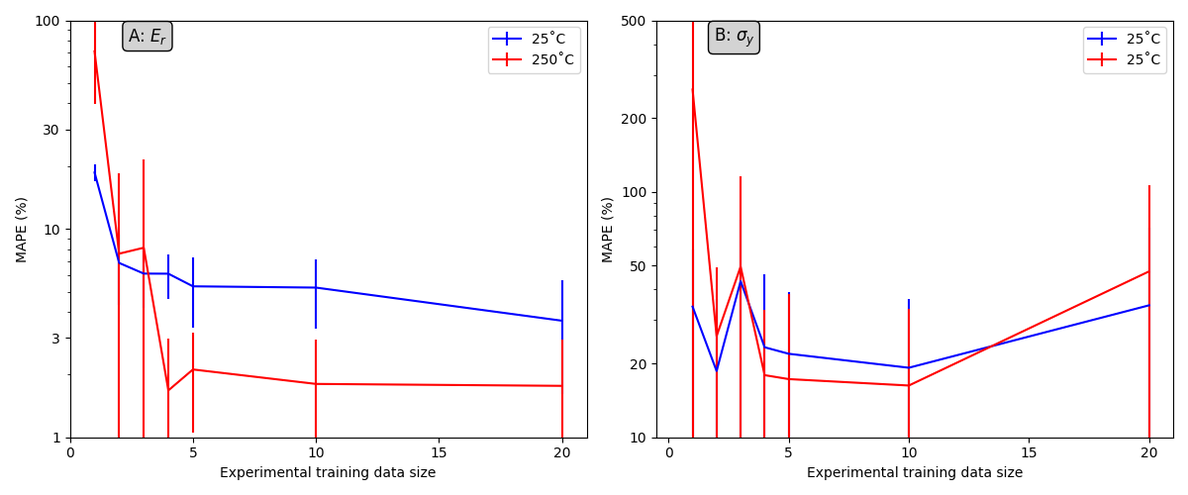
Repository: JoeSpencer1/temperature-dependant
Script's output: python src/figures.py
The author's editor kept a copy of each file at every save. The script's output is drawn from the files as they stood at one save, then again after the next save.
The pictures are shown at 99% of full size.
Each picture stacks the figures in order, with grey between them; figures that are only written to a file come last. Random numbers start from a fixed seed.

Above is the script's output before, as saved 2023-10-29 11:50:01.

### src/figures.py
import numpy as np
import matplotlib.pyplot as plt

n = [1, 2, 3, 4, 5, 10, 20]
n1 = n
# 25˚C
Ti25E = [18.619205, 6.8593493, 6.0983825, 6.091887, 5.298505, 5.2244196, 3.6239312]
εTi25E = [1.6743975, 2.5646875, 1.9379541, 1.4813129, 1.9537387, 1.9212662, 2.01604]
Ti25σ = [34.068943, 18.617916, 43.272, 23.271488, 21.895184, 19.204937, 34.49958]
εTi25σ = [24.325975, 18.127224, 33.714092, 22.803173, 17.10482, 17.321714, 36.6192]
# 250˚C
Ti250E = [70.95709, 7.5985556, 8.114405, 1.6784289, 2.1151547, 1.8030748, 1.7651669]
εTi250E = [31.052818, 10.786752, 13.492649, 1.3040054, 1.0622171, 1.1414853, 1.182222]
Ti250σ = [261.21823, 25.825928, 49.60928, 17.916042, 17.266216, 16.254345, 47.430775]
εTi250σ = [270.2345, 23.495884, 65.91791, 15.266485, 21.114838, 16.953184, 59.20635]

fig, (ax1, ax2) = plt.subplots(1, 2, figsize=(12, 5))
ax1.errorbar(n, Ti25E, yerr = εTi25E, color = 'blue', label = "25˚C")
ax1.errorbar(n, Ti250E, yerr = εTi250E, color = 'red', label = "250˚C")
ax1.set_yscale('log')
ax1.set_ylim([1, 100])
ax1.set_xlim([0, 21])
ax1.set_xticks([0, 5, 10, 15, 20])
ax1.set_yticks([1, 3, 10, 30, 100])
ax1.set_yticklabels([1, 3, 10, 30, 100])
ax1.legend()
ax1.set_ylabel("MAPE (%)")
ax1.set_xlabel("Experimental training data size")
ax1.annotate("A: $E_{r}$", xy=(0.15, 0.95), xycoords="axes fraction",
              fontsize=12, ha="center",
              bbox=dict(boxstyle="round,pad=0.3", edgecolor="black", facecolor="lightgray"))

ax2.errorbar(n1, Ti25σ, yerr = εTi25σ, color = 'blue', label = "25˚C")
ax2.errorbar(n1, Ti250σ, yerr = εTi250σ, color = 'red', label = "25˚C")
ax2.set_yscale('log')
ax2.set_ylim([10, 500])
ax2.set_xlim([-0.5, 21])
ax2.set_xticks([0, 5, 10, 15, 20])
ax2.set_yticks([10, 20, 50, 100, 200, 500])
ax2.set_yticklabels([10, 20, 50, 100, 200, 500])
ax2.legend()
ax2.set_ylabel("MAPE (%)")
ax2.set_xlabel("Experimental training data size")
plt.subplots_adjust(bottom=0.180)
fig.tight_layout()
ax2.annotate("B: $\sigma_{y}$", xy=(0.15, 0.95), xycoords="axes fraction",
              fontsize=12, ha="center",
              bbox=dict(boxstyle="round,pad=0.3", edgecolor="black", facecolor="lightgray"))
plt.savefig("/Users/Joe/Desktop/figure1.jpeg", dpi=800, bbox_inches="tight")
plt.show()

After the next save:
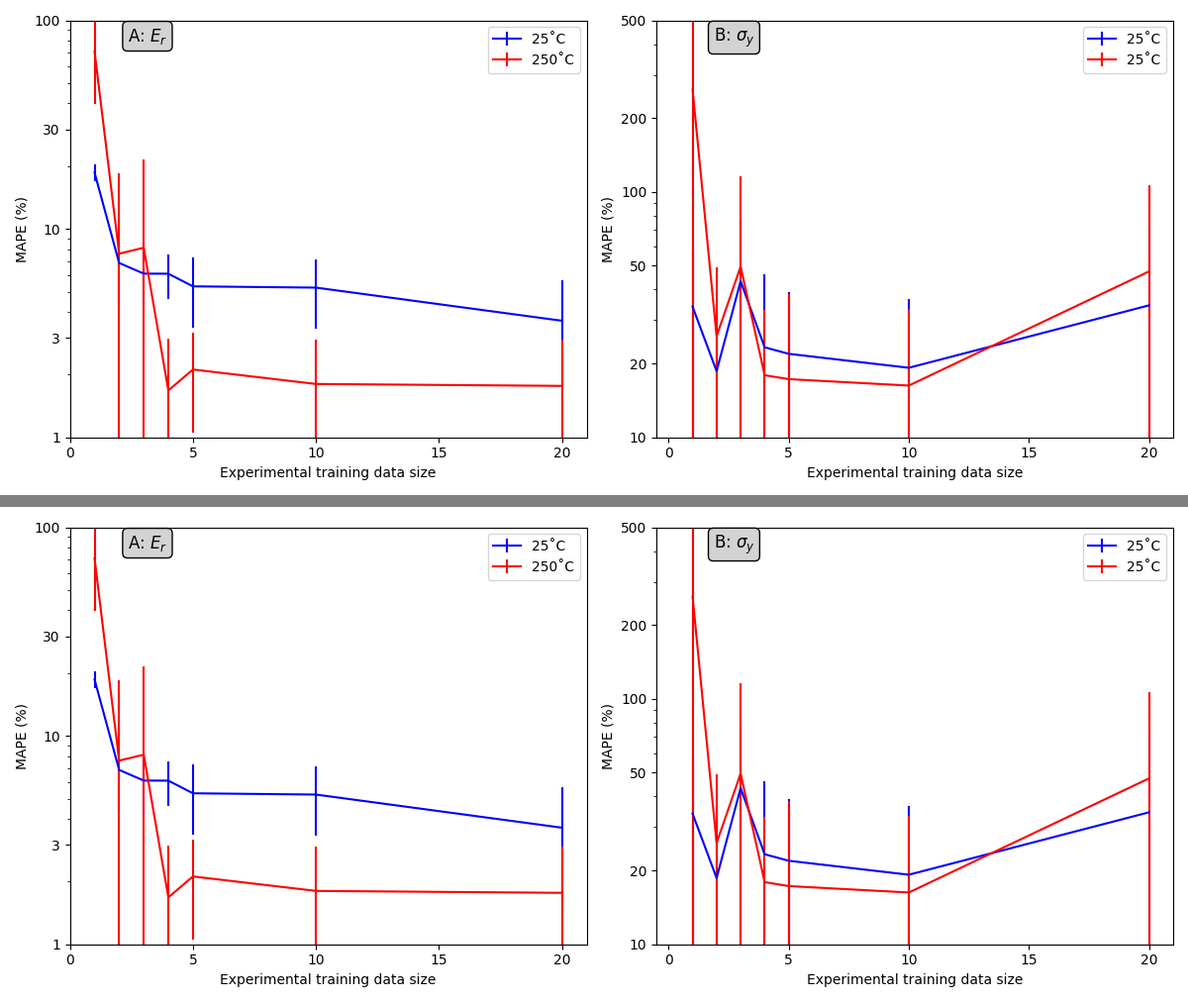
Saved 91 s later.
--- a/src/figures.py
+++ b/src/figures.py
@@ -48,3 +48,52 @@ ax2.annotate("B: $\sigma_{y}$", xy=(0.15, 0.95), xycoords="axes fraction",
               bbox=dict(boxstyle="round,pad=0.3", edgecolor="black", facecolor="lightgray"))
 plt.savefig("/Users/Joe/Desktop/figure1.jpeg", dpi=800, bbox_inches="tight")
 plt.show()
+
+
+n = [1, 2, 3, 4, 5, 10, 20]
+n1 = n
+# 25˚C
+Ti25E = [18.619205, 6.8593493, 6.0983825, 6.091887, 5.298505, 5.2244196, 3.6239312]
+εTi25E = [1.6743975, 2.5646875, 1.9379541, 1.4813129, 1.9537387, 1.9212662, 2.01604]
+Ti25σ = [34.068943, 18.617916, 43.272, 23.271488, 21.895184, 19.204937, 34.49958]
+εTi25σ = [24.325975, 18.127224, 33.714092, 22.803173, 17.10482, 17.321714, 36.6192]
+# 250˚C
+Ti250E = [70.95709, 7.5985556, 8.114405, 1.6784289, 2.1151547, 1.8030748, 1.7651669]
+εTi250E = [31.052818, 10.786752, 13.492649, 1.3040054, 1.0622171, 1.1414853, 1.182222]
+Ti250σ = [261.21823, 25.825928, 49.60928, 17.916042, 17.266216, 16.254345, 47.430775]
+εTi250σ = [270.2345, 23.495884, 65.91791, 15.266485, 21.114838, 16.953184, 59.20635]
+
+fig, (ax1, ax2) = plt.subplots(1, 2, figsize=(12, 5))
+ax1.errorbar(n, Ti25E, yerr = εTi25E, color = 'blue', label = "25˚C")
+ax1.errorbar(n, Ti250E, yerr = εTi250E, color = 'red', label = "250˚C")
+ax1.set_yscale('log')
+ax1.set_ylim([1, 100])
+ax1.set_xlim([0, 21])
+ax1.set_xticks([0, 5, 10, 15, 20])
+ax1.set_yticks([1, 3, 10, 30, 100])
+ax1.set_yticklabels([1, 3, 10, 30, 100])
+ax1.legend()
+ax1.set_ylabel("MAPE (%)")
+ax1.set_xlabel("Experimental training data size")
+ax1.annotate("A: $E_{r}$", xy=(0.15, 0.95), xycoords="axes fraction",
+              fontsize=12, ha="center",
+              bbox=dict(boxstyle="round,pad=0.3", edgecolor="black", facecolor="lightgray"))
+
+ax2.errorbar(n1, Ti25σ, yerr = εTi25σ, color = 'blue', label = "25˚C")
+ax2.errorbar(n1, Ti250σ, yerr = εTi250σ, color = 'red', label = "25˚C")
+ax2.set_yscale('log')
+ax2.set_ylim([10, 500])
+ax2.set_xlim([-0.5, 21])
+ax2.set_xticks([0, 5, 10, 15, 20])
+ax2.set_yticks([10, 20, 50, 100, 200, 500])
+ax2.set_yticklabels([10, 20, 50, 100, 200, 500])
+ax2.legend()
+ax2.set_ylabel("MAPE (%)")
+ax2.set_xlabel("Experimental training data size")
+plt.subplots_adjust(bottom=0.180)
+fig.tight_layout()
+ax2.annotate("B: $\sigma_{y}$", xy=(0.15, 0.95), xycoords="axes fraction",
+              fontsize=12, ha="center",
+              bbox=dict(boxstyle="round,pad=0.3", edgecolor="black", facecolor="lightgray"))
+plt.savefig("/Users/Joe/Desktop/figure1.jpeg", dpi=800, bbox_inches="tight")
+plt.show()

After the 2 saves that followed:
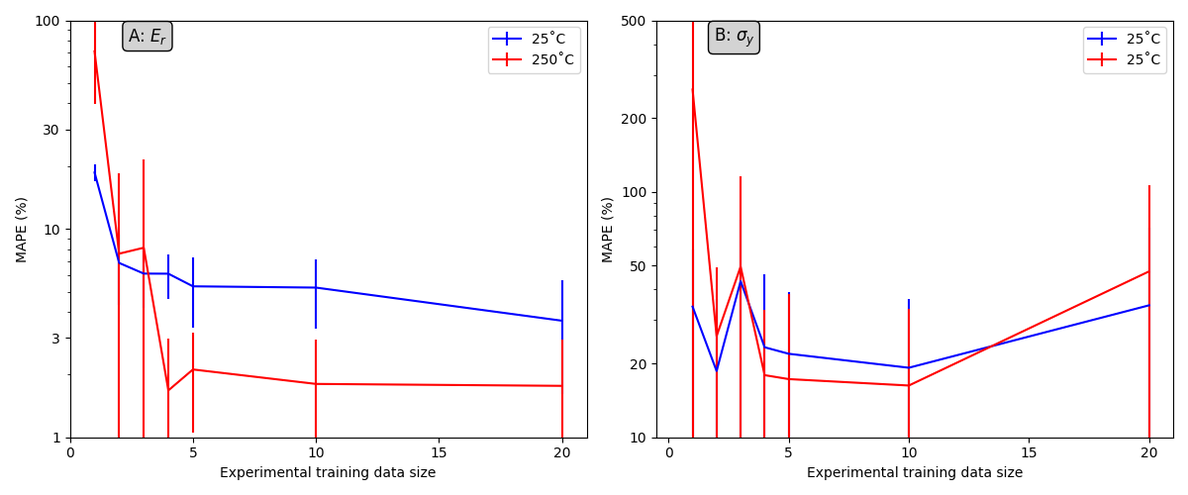
Error (its wording comes from the project's code and is left out).
The 2 saves are shown as one change because 1 left the picture as it was.
The last was saved 108 s later.
--- a/src/figures.py
+++ b/src/figures.py
@@ -1,4 +1,3 @@
-import numpy as np
 import matplotlib.pyplot as plt
 
 n = [1, 2, 3, 4, 5, 10, 20]
@@ -53,15 +52,15 @@ plt.show()
 n = [1, 2, 3, 4, 5, 10, 20]
 n1 = n
 # 25˚C
-Ti25E = [18.619205, 6.8593493, 6.0983825, 6.091887, 5.298505, 5.2244196, 3.6239312]
-εTi25E = [1.6743975, 2.5646875, 1.9379541, 1.4813129, 1.9537387, 1.9212662, 2.01604]
-Ti25σ = [34.068943, 18.617916, 43.272, 23.271488, 21.895184, 19.204937, 34.49958]
-εTi25σ = [24.325975, 18.127224, 33.714092, 22.803173, 17.10482, 17.321714, 36.6192]
+Ti25E = []
+εTi25E = []
+Ti25σ = []
+εTi25σ = []
 # 250˚C
-Ti250E = [70.95709, 7.5985556, 8.114405, 1.6784289, 2.1151547, 1.8030748, 1.7651669]
-εTi250E = [31.052818, 10.786752, 13.492649, 1.3040054, 1.0622171, 1.1414853, 1.182222]
-Ti250σ = [261.21823, 25.825928, 49.60928, 17.916042, 17.266216, 16.254345, 47.430775]
-εTi250σ = [270.2345, 23.495884, 65.91791, 15.266485, 21.114838, 16.953184, 59.20635]
+Ti250E = []
+εTi250E = []
+Ti250σ = []
+εTi250σ = []
 
 fig, (ax1, ax2) = plt.subplots(1, 2, figsize=(12, 5))
 ax1.errorbar(n, Ti25E, yerr = εTi25E, color = 'blue', label = "25˚C")
